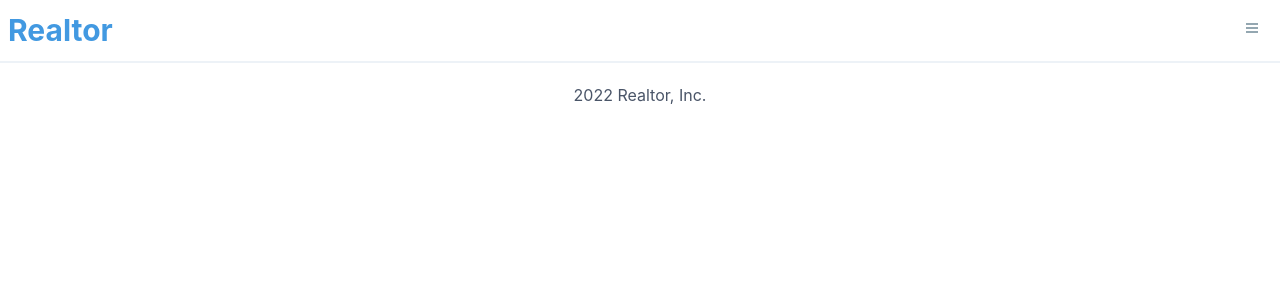
Repository: remydev47/realestate1.0
Page: /search
These files come from the project's save history. The page is drawn as it stood at one moment and after the next save; the edit follows.
The browser window is 1280 px wide. The pictures show the whole page.
The project was rebuilt for these pictures with package versions that can differ from the ones it lists, and the page was loaded fresh each time. The framework's server and built-in components were replaced by stand-ins that run in the browser. Also part of the build but not shown: next.config.js.

Above is the page before, as saved 2022-03-12 11:20:59.

### pages/_app.js
import Router from "next/router"
import Head from "next/head";
import NProgress from "nprogress";
import { ChakraProvider } from "@chakra-ui/react"

import Layout from "../components/Layout";

function MyApp({ Component, pageProps }) {
  return (
    <>
      <Head>

      </Head>
      <ChakraProvider>
        <Layout>
          <Component {...pageProps} />
        </Layout>
      </ChakraProvider>
    </>
  )
}

export default MyApp

### pages/search.js
import { useState } from 'react';
import { useRouter } from 'next/router'
import Image from 'next/image';
import { Flex, Box, Text, Icon } from "@chakra-ui/react"
import { BsFilter } from "react-icons/bs"

const Search = () => {
    const [searchFilters, setSearchFilters] = useState(false);
    const router = useRouter();

    return (
        <Box>
            <Flex>

            </Flex>
        </Box>
    )
}

export default Search;

### components/Layout.jsx
import  Head from "next/head";
import { Box } from "@chakra-ui/react";
import Navbar from "./Nabar";
import Footer from './Footer';


const Layout = ({ children }) => (
    <>
      <Head>
          <title>Real Estate</title>
      </Head>
      <Box>
          <header>
              <Navbar />
          </header>
          <main>
              {children}
          </main>
          <footer>
              <Footer />
          </footer>
      </Box>
    </>
);

export default Layout;

### components/Nabar.jsx
import Link  from 'next/link';
import { Menu, MenuButton, MenuList, MenuItem, IconButton, Flex, Box, Spacer } from '@chakra-ui/react';
import { FcMenu, FcHome, FcAbout } from 'react-icons/fc'
import { BsSearch } from 'react-icons/bs'
import { FiKey } from 'react-icons/fi'

const  Navbar = () => (
    <Flex p="2" borderBottom="1px" borderColor="gray.100">
        <Box fontSize="3xl" color="blue.400" fontWeight="bold">
            <Link href="/" padding="2">Realtor</Link>
        </Box>
        <Spacer />
        <Box>
            <Menu>
                <MenuButton as={IconButton} icon={<FcMenu />} variant="outlined" color="red.400" />
                <MenuList>
                    <Link href="/" passHref>
                        <MenuItem icon={<FcHome />}>Home</MenuItem>
                    </Link>
                    <Link href="/search" passHref>
                        <MenuItem icon={<BsSearch />}>Search</MenuItem>
                    </Link>
                    <Link href="/search?purpose=for-sale" passHref>
                        <MenuItem icon={<FcAbout />}>Buy Property</MenuItem>
                    </Link>
                    <Link href="/search?purpose=for-rent" passHref>
                        <MenuItem icon={<FiKey />}>Rent Property</MenuItem>
                    </Link>
                </MenuList>
            </Menu>
        </Box>
    </Flex>
)

export default Navbar;

### components/Footer.jsx
import { Box } from '@chakra-ui/react'

const Footer = () => (
    <Box textAlign="center" p="5" color="gray.600" borderTop="1px" borderColor="gray.100">
        2022 Realtor, Inc.
    </Box>
)

export default Footer;

After the next save:
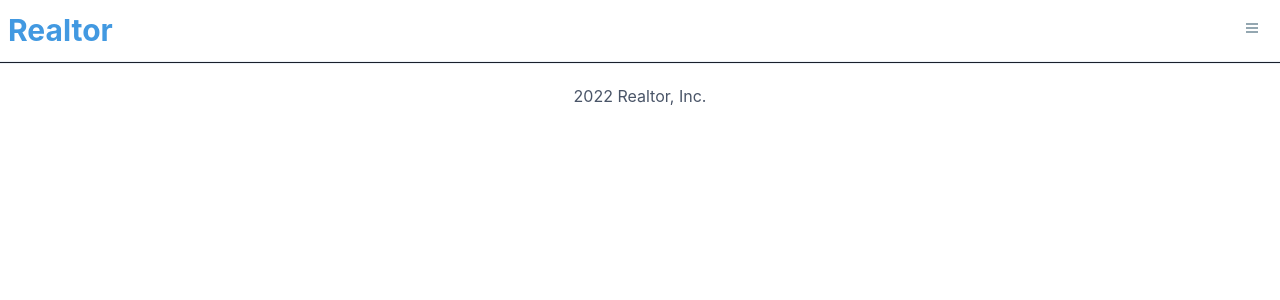
Saved 6 min 11 s later.
--- a/pages/search.js
+++ b/pages/search.js
@@ -10,7 +10,11 @@ const Search = () => {
 
     return (
         <Box>
-            <Flex>
+            <Flex
+              cursor="pointer"
+              bg="gray.100"
+              borderBottom="1px"
+            >
 
             </Flex>
         </Box>
